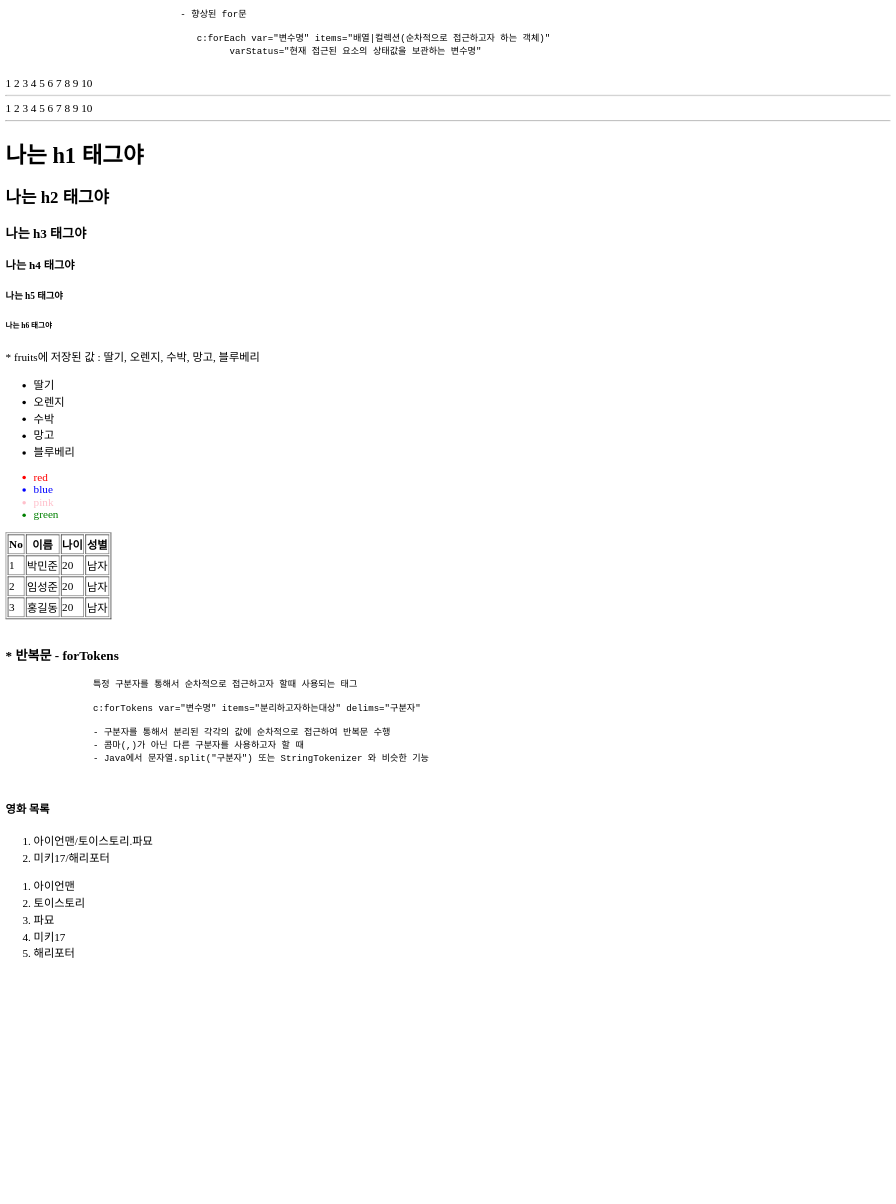
Repository: kkh1396/kh_front
Page: http://localhost/2_jsp/views/4_CustomAction/2_core.jsp
An editor plug-in stored every save of this project. The page is shown before and after the next save, followed by the edit.
The browser window is 1280 px wide. The pictures show the part of the page from y = 1412 to 3332 px (the page is 3132 px tall before and 3332 px after), at 70% of full size.
The page is served by Tomcat 9. Nobody is signed in. The application's start-up code is not run.

Above is the page before, as saved 2025-03-21 06:20:05.

After the next save:
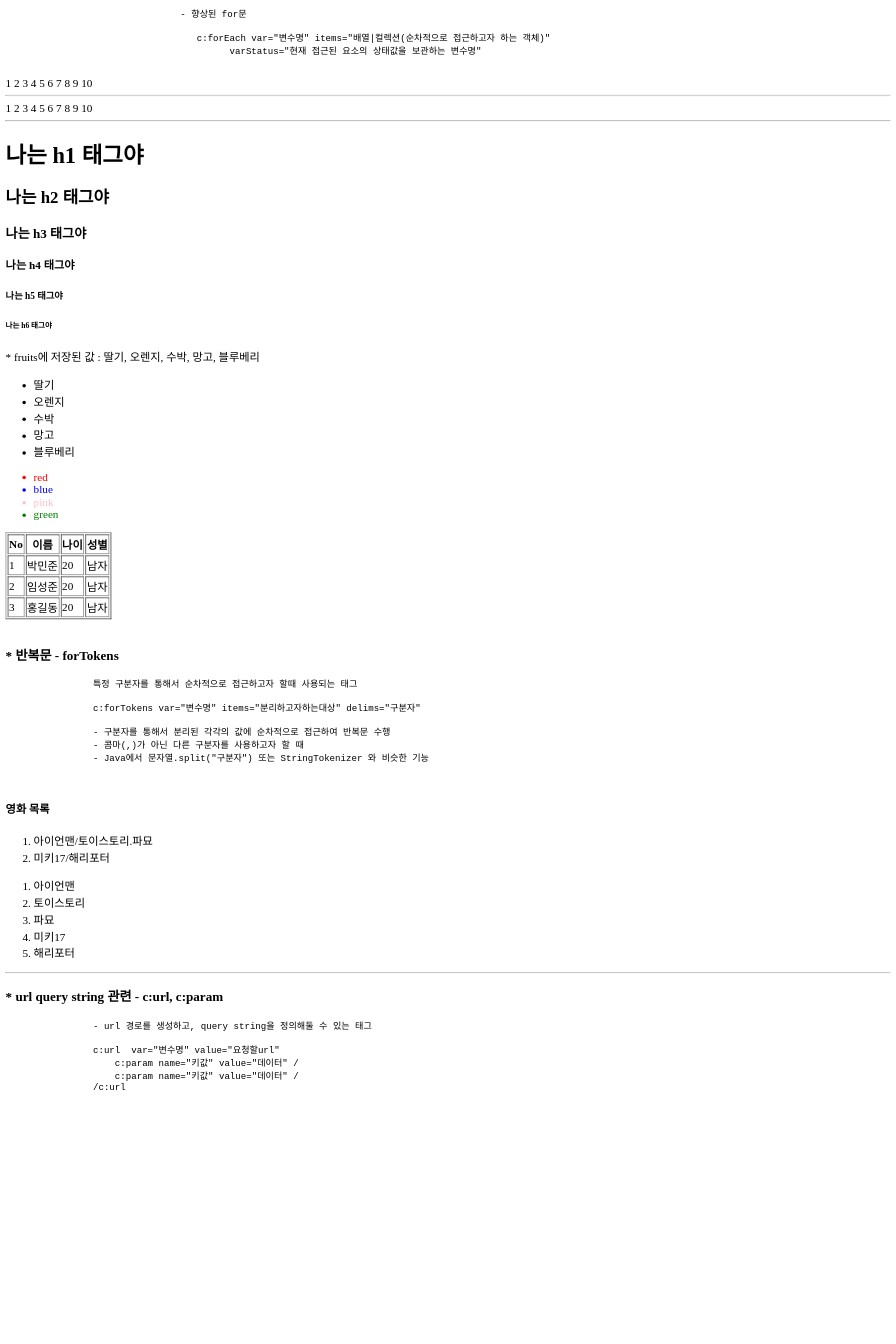
Saved 2 min 59 s later.
--- a/05_server/2_jsp/src/main/webapp/views/4_CustomAction/2_core.jsp
+++ b/05_server/2_jsp/src/main/webapp/views/4_CustomAction/2_core.jsp
@@ -331,6 +331,19 @@
 	   </ol>
 
 
+	   <hr>
+
+	   <h3>* url query string 관련 - c:url, c:param </h3>
+	   <pre>
+	        - url 경로를 생성하고, query string을 정의해둘 수 있는 태그
+
+	    	c:url  var="변수명" value="요청할url"
+	    	    c:param name="키값" value="데이터" /
+	    	    c:param name="키값" value="데이터" /
+	    	/c:url
+	   </pre>
+
+
 	   <br><br><br><br><br><br><br><br><br><br><br><br><br><br><br><br><br><br>
 </body>
 </html>
